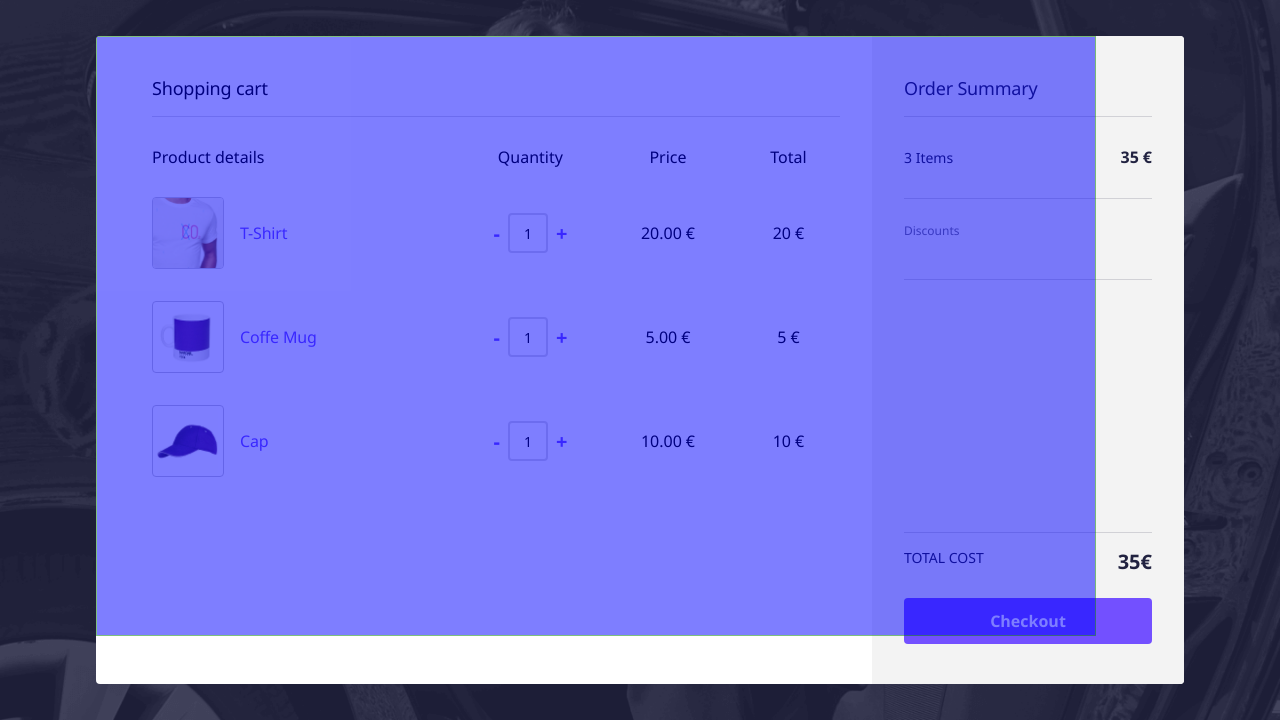
Repository: banchiec/challengecbfy
Page: /
The author's editor kept a copy of each file at every save. The page is drawn from the files as they stood at one save, then again after the next save.
The browser window is 1280 px wide. The pictures show the whole page.
Some web fonts or font styles are not loaded; a fallback is used. The project was rebuilt for these pictures with package versions that can differ from the ones it lists, and the page was loaded fresh each time. Also part of the build but not shown: craco.config.js.

Above is the page before, as saved 2021-12-11 01:21:15.

After the next save:
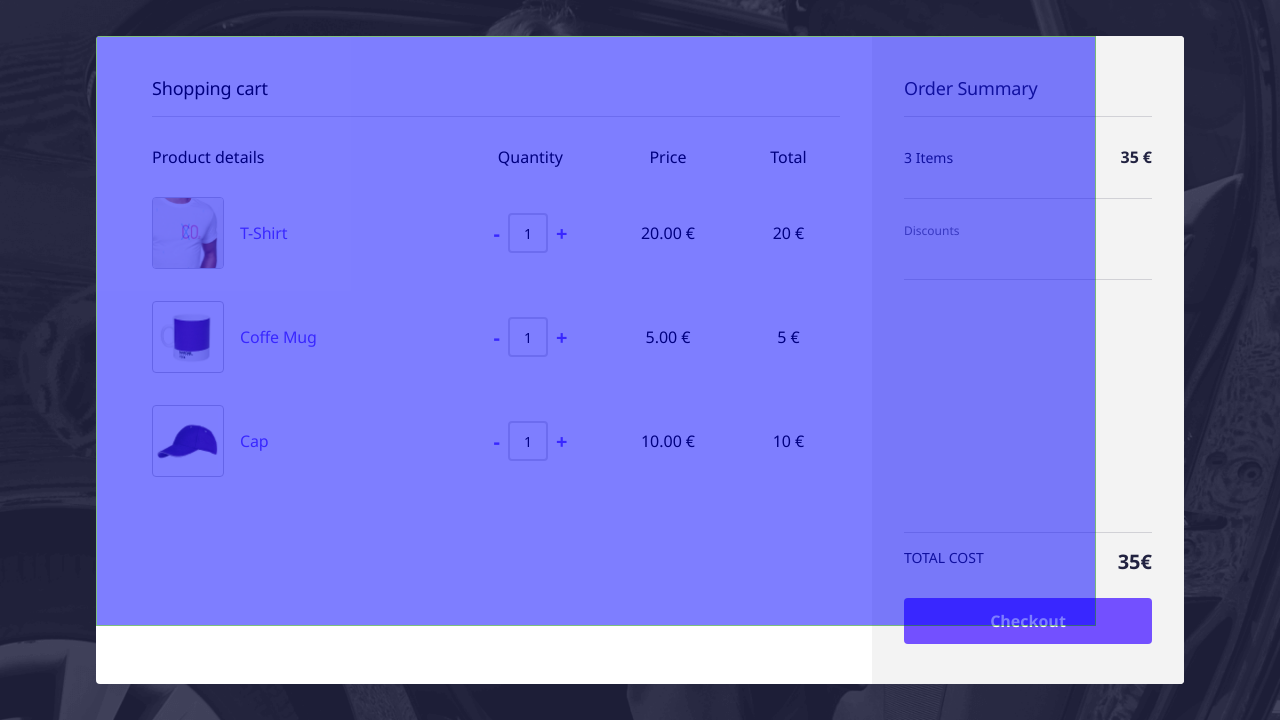
Saved 6 s later.
--- a/src/App.css
+++ b/src/App.css
@@ -492,7 +492,7 @@ input {
 .modal {
   position: absolute ;
   width: 1000px;
-  height: 600px;
+  height: 590px;
   z-index: 1;
   background-color: blue;
   opacity: .5;
